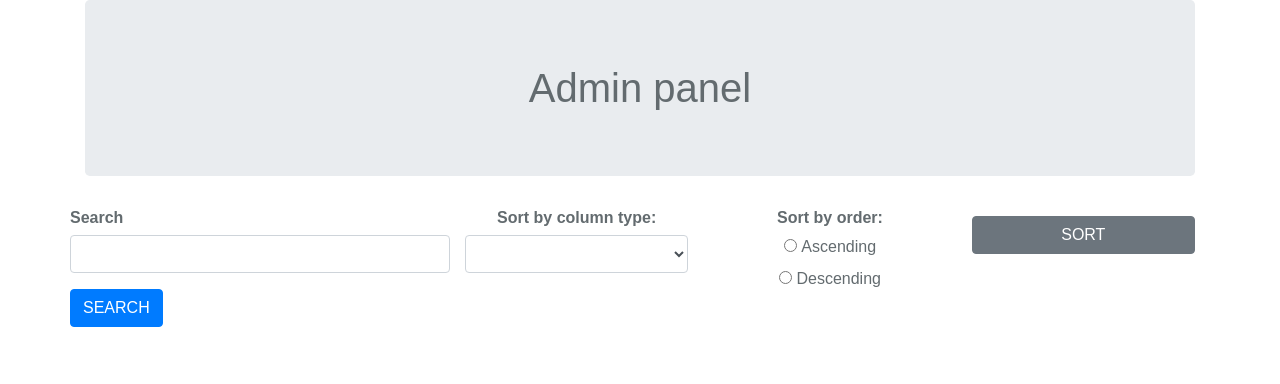
Repository: WOLVGVNG/gameclan
Page: resources/views/admin_panel.blade.php
An editor plug-in stored every save of this project. The page is shown before and after the next save, followed by the edit.
The browser window is 1280 px wide. The pictures show the whole page.
The page is served by the project's Laravel application, run on PHP 8.4 with Laravel 8. The template is opened directly, without the code that normally fills it, so the values that code supplies are empty.

Above is the page before, as saved 2019-03-20 17:33:48.

After the next save:
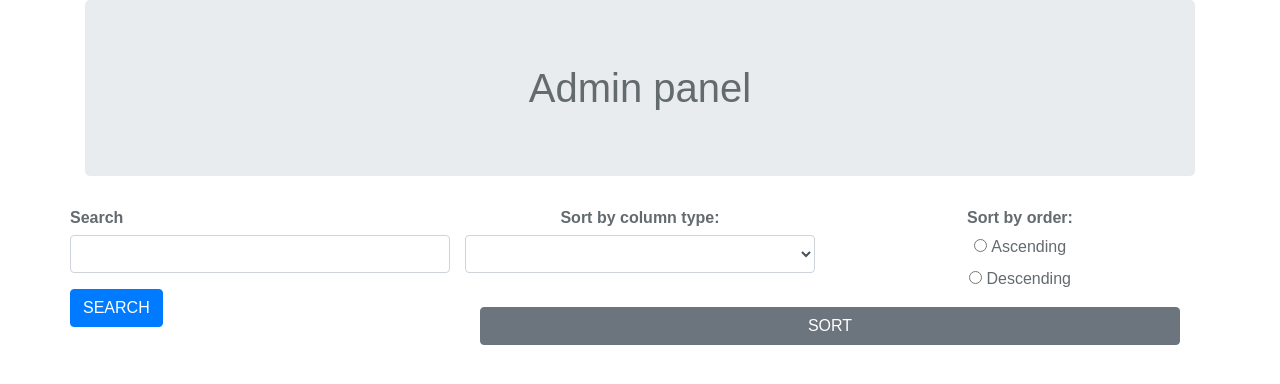
Saved 14 s later.
--- a/resources/views/admin_panel.blade.php
+++ b/resources/views/admin_panel.blade.php
@@ -50,9 +50,9 @@
                                 @if(session('sort_order') == 'desc') echo checked @endif>
                         <label for='desc'>Descending</label>
                     </div>
-                    <div class='col mt-2 mb-5'>
-                        <button type='submit' class='btn btn-block btn-secondary'>SORT</button>
                 </div>
+                <div class='col mt-2 mb-5'>
+                    <button type='submit' class='btn btn-block btn-secondary'>SORT</button>
                 </div>
             </form>
 
